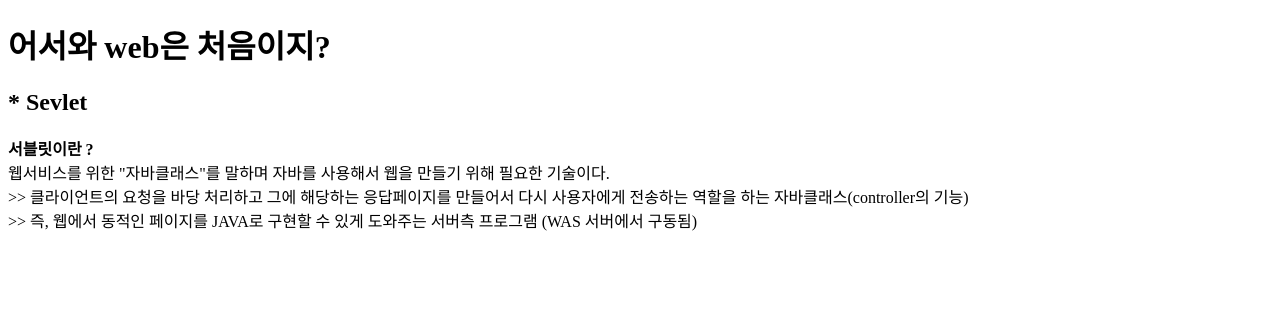
Repository: pje00427/webserver_workspace1
Page: 1_Servlet/WebContent/index.html
These files come from the project's save history. The page is drawn as it stood at one moment and after the next save; the edit follows.
The browser window is 1280 px wide. The pictures show the whole page.

Above is the page before, as saved 2020-08-27 04:49:43.

### 1_Servlet/WebContent/index.html
<!DOCTYPE html> <!-- HTML5 문서 형식 선언 -->
<html>
<head>
<meta charset="UTF-8">
<title>Insert title here</title>
</head>
<body>
	<!-- http://localhost:8888/웹어플리케이션Context루트명
		위와 같은 url로 요청시 보여지는 메인페이지 == index.html
	 -->
	<h1>어서와 web은 처음이지?</h1>

	<h2>* Sevlet</h2>
	<p>
		<b>서블릿이란 ? </b><br>

		웹서비스를 위한 "자바클래스"를 말하며 자바를 사용해서 웹을 만들기 위해 필요한 기술이다. <br>
		>> 클라이언트의 요청을 바당 처리하고 그에 해당하는 응답페이지를 만들어서 다시 사용자에게 전송하는 역할을 하는 자바클래스(controller의 기능)<br>
		>> 즉, 웹에서 동적인 페이지를 JAVA로 구현할 수 있게 도와주는 서버측 프로그램 (WAS 서버에서 구동됨)

	</p>



</body>
</html>

After the next save:
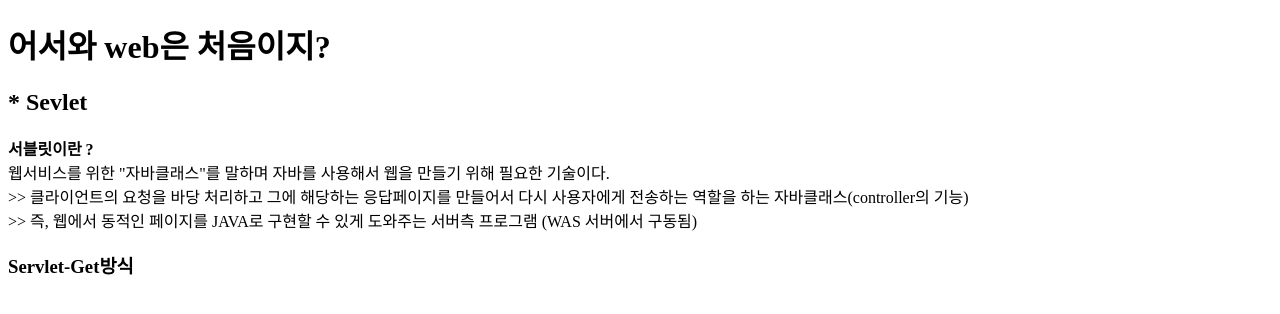
Saved 22 s later.
--- a/1_Servlet/WebContent/index.html
+++ b/1_Servlet/WebContent/index.html
@@ -20,7 +20,7 @@
 
 	</p>
 
-
+	<h3><a>Servlet-Get방식</a></h3>
 
 </body>
 </html>
